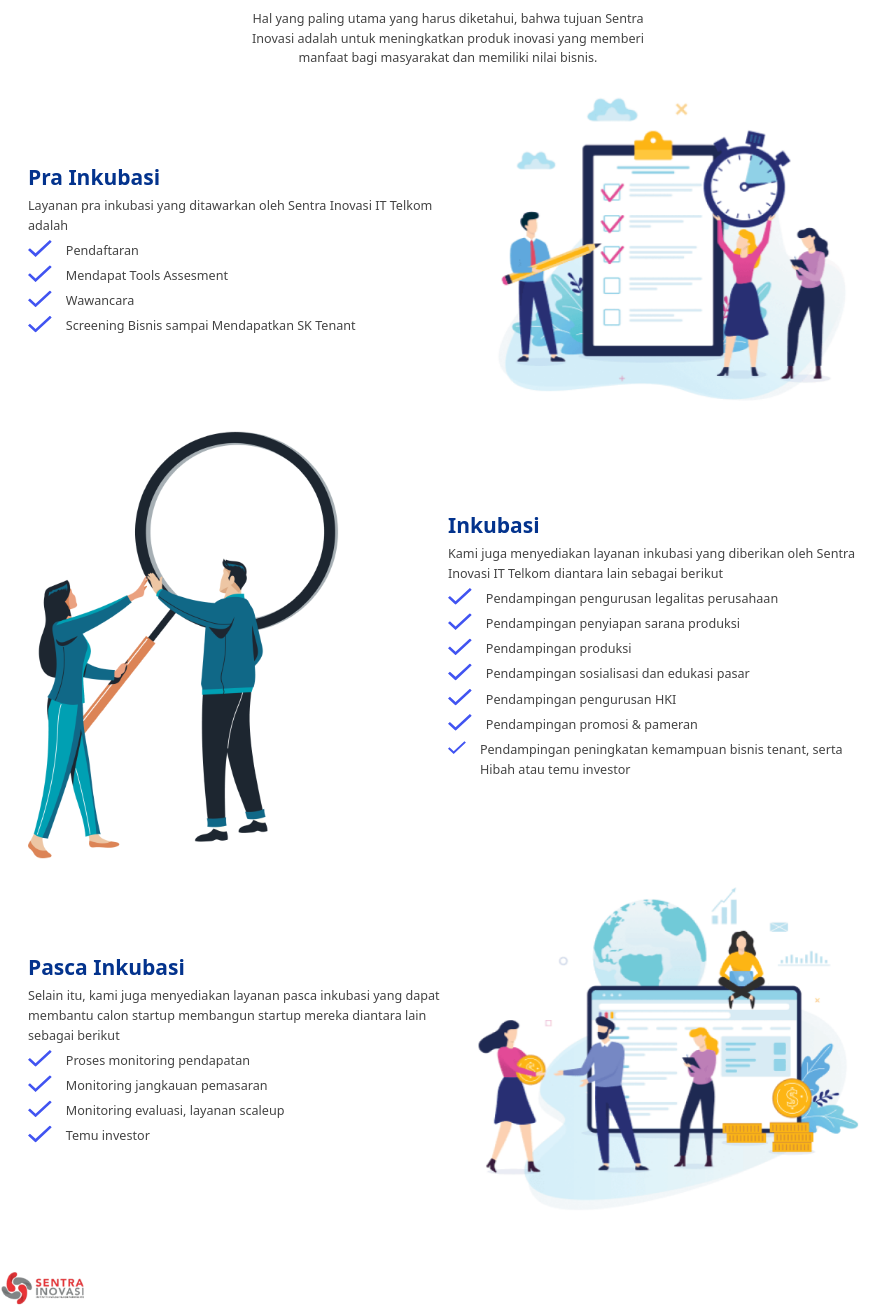
Repository: whytrno/sinovi-products
Page: /
The author's editor kept a copy of each file at every save. The page is drawn from the files as they stood at one save, then again after the next save.
The browser window is 1280 px wide. The pictures show the part of the page from y = 1590 to 3510 px (the page is 3462 px tall before and 3510 px after), at 70% of full size.
The project was rebuilt for these pictures with package versions that can differ from the ones it lists, and the page was loaded fresh each time. The framework's server and built-in components were replaced by stand-ins that run in the browser. Also part of the build but not shown: next.config.js, components/Produk.js.

Above is the page before, as saved 2023-02-24 12:08:25.

### pages/index.js
import Footer from "@/components/Footer";
import Hero from "@/components/Hero";
import Layanan from "@/components/Layanan";
import Navbar from "@/components/Navbar";
import Produk from "@/components/Produk";
import VisiMisi from "@/components/VisiMisi";

export default function Home() {
  return (
    <div>
      <Navbar />
      <Hero />
      <VisiMisi />
      <Layanan />
      {/* <Produk /> */}
      <Footer />
    </div>
  )
}

### components/Footer.js
export default function Footer() {
    return (
        <div>
            <img src="./logo/sinovi.png" />
        </div>
    )
}

### components/Hero.js
import Link from "next/link";

export default function Hero() {
    return (
        <div className="relative w-full h-screen flex items-center justify-between px-20 2xl:px-60">
            <img src="/images/hero-bg.jpg" alt="hero" className="w-full h-full object-cover absolute top-0 left-0 -z-10" />
            <div className="space-y-10">
                <h1 className="font-semibold text-5xl 2xl:text-6xl text-primary">Mulai bisnis bersama <br></br> Sentra Inovasi</h1>
                <Link href="/" className="font-semibold text-xl w-min whitespace-nowrap py-3 px-20 bg-secondary rounded-lg text-white block">Tentang Kami</Link>
            </div>
            <div>
                <img src="/images/hero.png" alt="hero" />
            </div>
        </div>
    )
}

### components/Layanan.js
import Child from "./Layanan/Child";
import List from "./Layanan/List";

export default function Layanan() {
    return (
        <div className="py-20 px-10 2xl:px-60 space-y-10">
            <div className="text-center space-y-3">
                <h1 className="text-4xl text-title font-semibold">LAYANAN</h1>
                <div className="flex justify-center">
                    <p className="text-paragraph w-1/2 text-center text-lg">Hal yang paling utama yang harus diketahui, bahwa tujuan Sentra Inovasi adalah untuk meningkatkan produk inovasi yang memberi manfaat bagi masyarakat dan memiliki nilai bisnis.</p>
                </div>
            </div>

            <Child dirrection="left" title="Pra Inkubasi" desc="Layanan pra inkubasi yang ditawarkan oleh Sentra Inovasi IT Telkom adalah" img="./images/layanan1.png" lists={["Pendaftaran", "Mendapat Tools Assesment", "Wawancara", "Screening Bisnis sampai Mendapatkan SK Tenant"]} />

            <Child dirrection="right" title="Inkubasi" desc="Kami juga menyediakan layanan inkubasi yang diberikan oleh Sentra Inovasi IT Telkom diantara lain sebagai berikut" img="./images/layanan2.png" lists={["Pendampingan pengurusan legalitas perusahaan", "Pendampingan penyiapan sarana produksi", "Pendampingan produksi", "Pendampingan sosialisasi dan edukasi pasar", "Pendampingan pengurusan HKI", "Pendampingan promosi & pameran", "Pendampingan peningkatan kemampuan bisnis tenant, serta Hibah atau temu investor"]} />

            <Child dirrection="left" title="Pasca Inkubasi" desc="Selain itu, kami juga menyediakan layanan pasca inkubasi yang dapat membantu calon startup membangun startup mereka diantara lain sebagai berikut" img="./images/layanan3.png" lists={["Proses monitoring pendapatan", "Monitoring jangkauan pemasaran", "Monitoring evaluasi, layanan scaleup", "Temu investor"]} />
        </div>
    )
}

### components/Navbar.js
import Link from "next/link";

export default function Navbar() {
    return (
        <div className="flex items-center justify-between p-5 2xl:px-60 shadow-xl">
            <div className="flex items-center gap-5">
                <img src="logo/ittp.png" alt="Ittp Logo" />
                <img src="logo/bdv.png" alt="BDV Logo" />
                <img src="logo/sinovi.png" alt="Sinovi Logo" />
            </div>
            <div className="font-semibold text-primary gap-4 2xl:gap-8 flex items-center">
                <Link href="/" className="text-secondary">Beranda</Link>
                <Link href="/">Ternaku</Link>
                <Link href="/">Calaun</Link>
                <Link href="/">Sisterponik</Link>
                <Link href="/">Sobat Warung</Link>
                <Link href="/">Pak Budi</Link>
                <Link href="/">Viregra</Link>
            </div>
        </div>
    )
}

### components/VisiMisi.js
import Card from "./VisiMisi/Card";

export default function VisiMisi() {
    return (
        <div className="py-20 px-10 2xl:px-60 space-y-10">
            <div className="text-center space-y-3">
                <h1 className="text-4xl text-title font-semibold">VISI MISI SENTRA INOVASI</h1>
                <div className="flex justify-center">
                    <p className="text-paragraph w-1/2 text-center text-lg">Untuk menjadi penggerak hilirisasi produk inovasi dalam menumbuhkan inovasi berbasis teknologi digital di Indonesia</p>
                </div>
            </div>
            <div className="grid grid-cols-2 gap-10">
                <Card logo="logo/visi1.png" desc="Menyelenggarakan pendampingan bagi masyarakat dalam memanfaatkan teknologi digital untuk pengembangan bisnis." />
                <Card logo="logo/visi2.png" desc="Menumbuhkembangkan masyarakat yang mampu memanfaatkan teknologi digital dalam peningkatan kesejahteraan." />
                <Card logo="logo/visi3.png" desc="Meningkatkan kerjasama lokal, nasional, maupun internasional dalam pengembangan bisnis berbasis teknologi digital. " />
                <Card logo="logo/visi4.png" desc="Serta Menciptakan bisnis berbasis teknologi digital yang mandiri dan berdaya saing tinggi." />
            </div>
        </div>
    )
}

### components/Layanan/Child.js
import List from "./List";

function content(title, desc, lists) {
    return (
        <div className="space-y-2 w-1/2">
            <h1 className="text-3xl text-primary font-semibold">{title}</h1>
            <p>{desc}</p>
            {lists.map(list => (
                <List title={list} />
            ))}
        </div>
    )
}
function image(img) {
    return (
        <div>
            <img src={img} />
        </div>
    )
}

export default function Child({ dirrection, title, desc, img, lists }) {
    return (
        <div className="flex justify-between text-lg text-paragraph items-center">
            {dirrection == 'right' ? (
                <>
                    {image(img)}
                    {content(title, desc, lists)}
                </>
            ) : (
                <>
                    {content(title, desc, lists)}
                    {image(img)}
                </>
            )}
        </div>
    )
}

### components/Layanan/List.js
import CheckIcon from "../Icon/CheckIcon";

export default function List({ title }) {
    return (
        <div className="flex gap-5">
            <CheckIcon />
            <p>{title}</p>
        </div>
    )
}

### components/VisiMisi/Card.js
export default function Card({ logo, desc }) {
    return (
        <div>
            <div className="flex items-center shadow-lg p-7 gap-5 text-paragraph rounded-md">
                <img src={logo} className="h-24 w-24" />
                <p>{desc}</p>
            </div>
        </div>
    )
}

### components/Icon/CheckIcon.js
export default function CheckIcon() {
    return (
        <svg
            xmlns="http://www.w3.org/2000/svg"
            width="34"
            height="24"
            fill="none"
            viewBox="0 0 34 24"
        >
            <path
                fill="#4154F1"
                d="M10.805 18.935l-8.06-7.463L0 13.996 10.805 24 34 2.523 31.275 0l-20.47 18.935z"
            ></path>
        </svg>
    );
}

### tailwind.config.js
/** @type {import('tailwindcss').Config} */
module.exports = {
  content: [
    "./app/**/*.{js,ts,jsx,tsx}",
    "./pages/**/*.{js,ts,jsx,tsx}",
    "./components/**/*.{js,ts,jsx,tsx}"
  ],
  theme: {
    extend: {
      colors: {
        primary: "#03338D",
        secondary: "#4154F1",
        title: "#192A48",
        paragraph: "#444444"
      },
    },
    plugins: [],
  }
}

Loaded but not shown: pages/_app.js (common file); pages/_document.js (common file); styles/globals.css (common file)

After the next save:
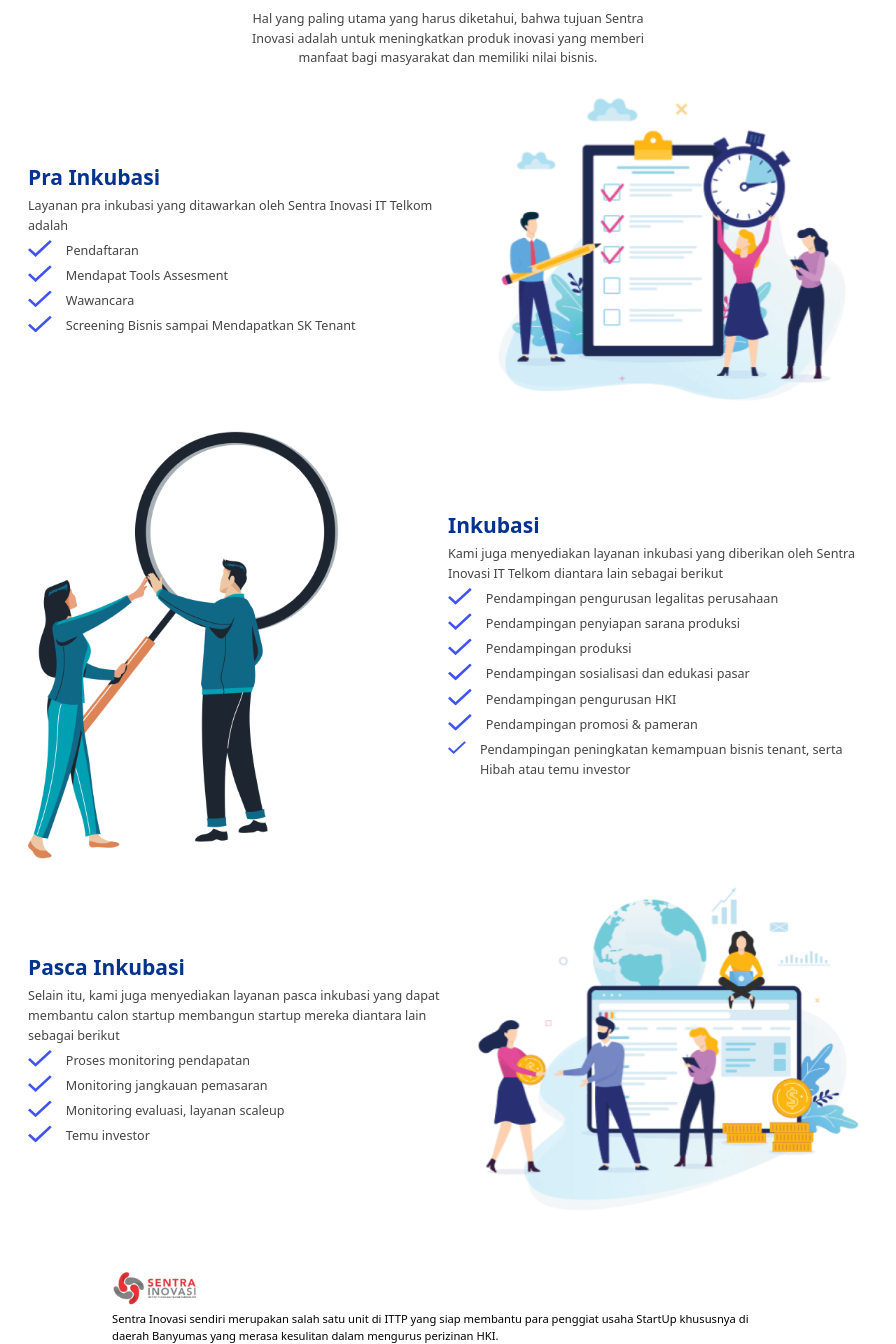
Saved 16 s later.
--- a/components/Footer.js
+++ b/components/Footer.js
@@ -1,7 +1,8 @@
 export default function Footer() {
     return (
-        <div>
+        <div className="px-40">
             <img src="./logo/sinovi.png" />
+            <p>Sentra Inovasi sendiri merupakan salah satu unit di ITTP yang siap membantu para penggiat usaha StartUp khususnya di daerah Banyumas yang merasa kesulitan dalam mengurus perizinan HKI.</p>
         </div>
     )
 }
